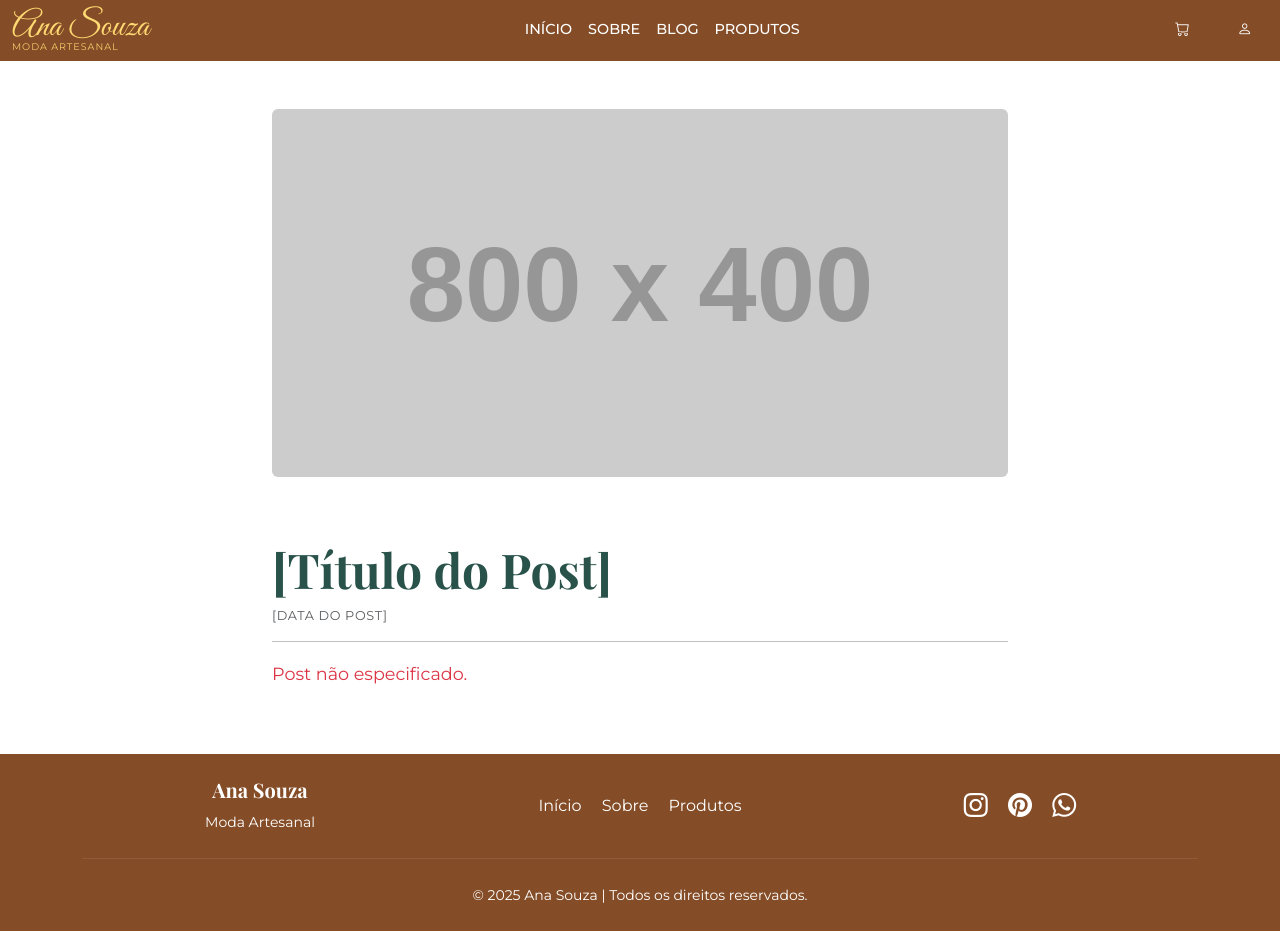
Repository: Lucascsg/projeto-anasouza-frontend
Page: post.html
An editor plug-in stored every save of this project. The page is shown before and after the next save, followed by the edit.
The browser window is 1280 px wide. The pictures show the whole page.

Above is the page before, as saved 2025-10-22 11:19:03.

### post.html
<!DOCTYPE html>
<html lang="pt-br">
<head>
    <meta charset="UTF-8">
    <meta name="viewport" content="width=device-width, initial-scale=1.0">
    <title>Blog - Ana Souza</title>

    <link href="https://cdn.jsdelivr.net/npm/bootstrap@5.3.2/dist/css/bootstrap.min.css" rel="stylesheet">
    <link rel="stylesheet" href="css/style.css">
    <link rel="stylesheet" href="https://cdn.jsdelivr.net/npm/bootstrap-icons@1.11.1/font/bootstrap-icons.css">
    <link rel="preconnect" href="https://fonts.googleapis.com">
    <link rel="preconnect" href="https://fonts.gstatic.com" crossorigin>
    <link href="https://fonts.googleapis.com/css2?family=Montserrat:wght@400;500;600&family=Playfair+Display:wght@700&family=Great+Vibes&display=swap" rel="stylesheet">
</head>
<body class="bg-white-page">

    <header>
        <nav class="navbar navbar-expand-lg navbar-dark navbar-custom">
            <div class="container-fluid">
                <a class="navbar-brand logo-text" href="index.html">
                    <div>Ana Souza</div>
                    <small class="logo-subtitle">MODA ARTESANAL</small>
                </a>
                <button class="navbar-toggler" type="button" data-bs-toggle="collapse" data-bs-target="#navbarNav" aria-controls="navbarNav" aria-expanded="false" aria-label="Toggle navigation">
                    <span class="navbar-toggler-icon"></span>
                </button>
                <div class="collapse navbar-collapse" id="navbarNav">
                    <ul class="navbar-nav mx-auto">
                        <li class="nav-item"><a class="nav-link" href="index.html">Início</a></li>
                        <li class="nav-item"><a class="nav-link" href="index.html#sobre">Sobre</a></li>
                        <li class="nav-item"><a class="nav-link active" href="blog.html">Blog</a></li>
                        <li class="nav-item"><a class="nav-link" href="produtos.html">Produtos</a></li>
                    </ul>
                    <div class="navbar-icons d-flex">
                        <a href="carrinho.html" class="nav-link position-relative">
                            <i class="bi bi-cart"></i>
                            <span class="badge rounded-pill bg-danger position-absolute top-0 start-100 translate-middle" id="contador-carrinho" style="display: none;">0</span>
                        </a>
                        <a href="login.html" class="nav-link ms-3"><i class="bi bi-person"></i></a>
                    </div>
                </div>
            </div>
        </nav>
    </header>

    <main class="container my-5">
        <div class="row justify-content-center">
            <div class="col-lg-8">
                <img src="https://via.placeholder.com/800x400" id="post-imagem" class="img-fluid rounded mb-4" alt="Imagem de destaque do post">
                <h1 class="display-5 fw-bold" id="post-titulo">[Título do Post]</h1>
                <p class="text-muted" id="post-data">[Data do Post]</p>
                <hr>
                <div id="post-conteudo">
                    <p>Carregando conteúdo do post...</p>
                </div>
            </div>
        </div>
    </main>

    <footer class="py-4 footer-custom">
        <div class="container text-center text-white">
            <div class="row align-items-center">
                <div class="col-md-4 mb-3 mb-md-0">
                    <h5 class="text-white">Ana Souza</h5>
                    <small>Moda Artesanal</small>
                </div>
                <div class="col-md-4 mb-3 mb-md-0">
                    <ul class="list-inline mb-0">
                        <li class="list-inline-item mx-2"><a href="index.html" class="text-white">Início</a></li>
                        <li class="list-inline-item mx-2"><a href="index.html#sobre" class="text-white">Sobre</a></li>
                        <li class="list-inline-item mx-2"><a href="produtos.html" class="text-white">Produtos</a></li>
                    </ul>
                </div>
                <div class="col-md-4">
                    <a href="#" class="text-white fs-4 mx-2"><i class="bi bi-instagram"></i></a>
                    <a href="#" class="text-white fs-4 mx-2"><i class="bi bi-pinterest"></i></a>
                    <a href="#" class="text-white fs-4 mx-2"><i class="bi bi-whatsapp"></i></a>
                </div>
            </div>
            <hr class="my-4" style="border-color: rgba(255, 255, 255, 0.3);">
            <small>&copy; 2025 Ana Souza | Todos os direitos reservados.</small>
        </div>
    </footer>

    <script src="https://cdn.jsdelivr.net/npm/bootstrap@5.3.2/dist/js/bootstrap.bundle.min.js"></script>
    <script src="js/post.js"></script>
</body>
</html>

### css/style.css
/* =================================== */
/* VARIÁVEIS GLOBAIS E ESTILOS BASE    */
/* =================================== */
:root {
    /* Sua paleta de cores (mantive suas últimas alterações) */
    --cor-base-escura: #854D27;
    --cor-acao-vibrante: #854D27;
    --cor-detalhe-quente: #29524A;
    --cor-texto-escuro: #06070E;

    /* Cores Neutras e de Fundo */
    --cor-fundo-claro: #F8F5F2;
    --cor-texto-claro: #FFFFFF;
}

body {
    font-family: 'Montserrat', sans-serif;
    background-color: #B16262;
    color: var(--cor-texto-escuro);
}

/* Estilo para páginas com fundo branco específico */
body.bg-white-page {
    background-color: #FFFFFF;
}

h1, h2, h3, h4, h5, h6 {
    font-family: 'Playfair Display', serif;
    color: var(--cor-detalhe-quente);
}

/* =================================== */
/* ESTILOS DA BARRA DE NAVEGAÇÃO       */
/* =================================== */
.navbar-custom {
    background-color: var(--cor-base-escura);
}
/* ... (O resto dos estilos da navbar e do logo permanecem como você enviou) ... */
.navbar-brand.logo-text {
    display: flex;
    flex-direction: column;
    justify-content: center;
    padding: 0;
    position: relative;
    top: 2px;
}
.navbar-brand div {
    font-family: 'Great Vibes', cursive;
    font-size: 2.2rem;
    color: #FFD972 !important;
    line-height: 1;
    font-weight: normal;
}
.navbar-brand .logo-subtitle {
    font-family: 'Montserrat', sans-serif;
    font-size: 0.6rem;
    text-transform: uppercase;
    letter-spacing: 0.1em;
    display: block;
    opacity: 0.9;
    color: #FFD972;
    margin-top: -5px;
}
/* ... (outros estilos da navbar que você enviou) ... */
.navbar-custom .navbar-brand img {
    height: 40px;
}
.navbar-custom .nav-link {
    color: var(--cor-texto-claro);
    font-weight: 500;
    text-transform: uppercase;
    font-size: 0.9rem;
    padding: 0.5rem 1rem;
    transition: opacity 0.3s;
}
.navbar-custom .nav-link:hover {
    opacity: 0.8;
}
.navbar-icons a {
    color: var(--cor-texto-claro);
    font-size: 1.2rem;
    transition: opacity 0.3s;
}
.navbar-icons a:hover {
    opacity: 0.8;
}


/* =================================== */
/* ESTILOS DA SEÇÃO HERO (IMAGEM)      */
/* =================================== */
#hero {
    position: relative;
    height: 90vh;
    width: 100%;
    display: flex;
    align-items: center;
    justify-content: center;

    /* --- ATUALIZAÇÃO PARA IMAGEM DE FUNDO --- */
    background: url('../imagens/hero-background.jpg') no-repeat center center/cover;
}

#hero::after {
    content: '';
    position: absolute;
    top: 0;
    left: 0;
    width: 100%;
    height: 100%;
    background: rgba(0, 0, 0, 0.6);
    z-index: 1;
}

#hero .hero-content {
    position: relative;
    z-index: 2;
}

#hero .hero-content h1 {
    font-weight: 700;
    color: var(--cor-texto-claro);
}

#hero .hero-content .btn {
    border-radius: 50px;
    padding: 12px 30px;
    font-weight: 600;
}


/* ... (O resto do seu CSS continua exatamente como você enviou) ... */

/* =================================== */
/* ESTILOS GERAIS DAS SEÇÕES           */
/* =================================== */
section h2 {
    color: var(--cor-detalhe-quente);
    margin-bottom: 1rem;
}

/* =================================== */
/* ESTILOS DA SEÇÃO DE PRODUTOS        */
/* =================================== */
.product-card {
    border: none;
    border-radius: 15px;
    box-shadow: 0 4px 15px rgba(0, 0, 0, 0.08);
    transition: all 0.3s ease-in-out;
}
.product-card:hover {
    transform: translateY(-8px);
    box-shadow: 0 8px 25px rgba(0, 0, 0, 0.12);
}
.product-card .card-title {
    color: var(--cor-texto-escuro);
    font-weight: 600;
}
.product-card .btn {
    border-radius: 50px;
    padding: 8px 25px;
    font-weight: 500;
    border-color: var(--cor-base-escura);
    color: var(--cor-base-escura);
}
.product-card .btn:hover {
    background-color: var(--cor-base-escura);
    color: white;
}

/* =================================== */
/* ESTILOS DA SEÇÃO DE BLOG            */
/* =================================== */
.btn-custom-primary {
    background-color: var(--cor-acao-vibrante);
    color: white;
    border: none;
    border-radius: 50px;
    padding: 10px 30px;
    font-weight: 600;
    transition: all 0.3s;
}
.btn-custom-primary:hover {
    background-color: var(--cor-acao-vibrante);
    color: white;
    opacity: 0.9;
    transform: translateY(-2px);
}
#blog img {
    border-radius: 15px;
}

/* =================================== */
/* ESTILOS DO RODAPÉ (FOOTER)          */
/* =================================== */
.footer-custom {
    background-color: var(--cor-base-escura);
}
.footer-custom a {
    text-decoration: none;
    transition: opacity 0.3s;
}
.footer-custom a:hover {
    opacity: 0.8;
}

/* =================================== */
/* ESTILO DE SEÇÃO EM FORMATO DE CARD  */
/* =================================== */

.section-card {
    background-color: #c3c3c3; /* Fundo branco para o card */
    padding: 3rem 2rem;        /* Espaçamento interno generoso */
    border-radius: 20px;       /* As pontas curvadas que você pediu */
    box-shadow: 0 10px 30px rgba(0, 0, 0, 0.07); /* Sombra sutil para "flutuar" */
}

/* =================================== */
/* Estilos da Página de Produto        */
/* =================================== */

.product-price {
    color: var(--cor-detalhe-quente); /* Usando o verde/marrom dos títulos */
    font-weight: 600;
}

/* =================================== */
/* Estilos da Personalização de Cor    */
/* =================================== */

.seletor-cor {
    width: 32px;
    height: 32px;
    border-radius: 50%; /* Deixa o elemento redondo */
    border: 2px solid #eee;
    cursor: pointer;
    margin-right: 10px;
    margin-bottom: 10px;
    transition: transform 0.2s ease-in-out;
    background-size: cover;
    background-position: center;
}

.seletor-cor:hover {
    transform: scale(1.1); /* Efeito de zoom no hover */
}

/* Estilo para o seletor de cor que está ativo/selecionado */
.seletor-cor.active {
    border-color: var(--cor-base-escura); /* Usa a cor da navbar para destacar */
    box-shadow: 0 0 8px rgba(0, 0, 0, 0.3);
}

/* ============================================= */
/* REFINAMENTO DA PÁGINA DE POST (LEIA MAIS)     */
/* ============================================= */

/* 1. Controlando o tamanho da imagem de destaque */
#post-imagem {
    max-height: 450px; /* Define uma altura máxima para a imagem */
    width: 100%;
    object-fit: cover;   /* Garante que a imagem cubra o espaço sem distorcer */
    border-radius: 15px; /* Bordas mais suaves, combinando com o resto do site */
}

/* 2. Ajustando o Título e a Data */
#post-titulo {
    margin-top: 2.5rem; /* Adiciona mais espaço acima do título */
}

#post-data {
    font-size: 0.8rem;
    text-transform: uppercase;
    letter-spacing: 0.05em; /* Espaçamento entre as letras para um look mais "design" */
}

/* 3. Melhorando a legibilidade do texto do artigo */
#post-conteudo p {
    font-size: 1.1rem;      /* Aumenta um pouco o tamanho da fonte para leitura */
    line-height: 1.8;       /* Aumenta o espaçamento entre as linhas, essencial para textos longos */
    color: #343a40;         /* Um cinza mais escuro para melhor contraste e conforto visual */
}

/* Estilo para os cards de resumo na página de agradecimento */
.summary-item-card {
    background-color: #c3c3c3 !important; /* O cinza que você usou nos section-cards */
    border: none;
    color: var(--cor-texto-escuro); /* Garante que o texto dentro seja escuro */
}

/* =================================== */
/* Estilos para Formulários de Login/Cadastro */
/* =================================== */
.form-container {
    padding: 2rem;
}

@media (min-width: 768px) {
    .form-container {
        padding: 3rem;
    }
}

/* Links personalizados para autenticação */
.link-custom-secondary {
    color: var(--cor-base-escura); /* Usa sua cor base escura */
    text-decoration: underline;
}
.link-custom-secondary:hover {
    color: var(--cor-principal-hover); /* Muda para o hover da cor principal */
    text-decoration: none;
}

### js/post.js
document.addEventListener('DOMContentLoaded', function() {
    const urlParams = new URLSearchParams(window.location.search);
    const postId = urlParams.get('id');

    // Sempre atualiza o contador do carrinho, em qualquer página
    atualizarContadorCarrinho();

    if (postId) {
        carregarPostCompleto(postId);
    } else {
        // Se não houver ID na URL, exibe erro
        const postContent = document.getElementById('post-conteudo');
        if(postContent) postContent.innerHTML = '<p class="text-danger">Post não especificado.</p>';
    }
});

async function carregarPostCompleto(id) {
    try {
        const response = await fetch('blog.json');
        const posts = await response.json();
        const post = posts.find(p => p.id == id);

        if (post) {
            exibirPost(post);
        } else {
            const postContent = document.getElementById('post-conteudo');
            if(postContent) postContent.innerHTML = '<p class="text-danger">Post não encontrado.</p>';
        }
    } catch (error) {
        console.error('Erro ao carregar o post:', error);
    }
}

function exibirPost(post) {
    document.title = post.titulo + " - Ana Souza";

    document.getElementById('post-imagem').src = post.imagem;
    document.getElementById('post-imagem').alt = post.titulo;
    document.getElementById('post-titulo').textContent = post.titulo;
    document.getElementById('post-data').textContent = post.data;

    // Usamos innerHTML aqui para que as tags <p> do nosso JSON sejam renderizadas como HTML
    document.getElementById('post-conteudo').innerHTML = post.conteudo;
}

// Função para manter o contador do carrinho atualizado
function atualizarContadorCarrinho() {
    let carrinho = JSON.parse(localStorage.getItem('carrinho')) || [];
    const totalItens = carrinho.reduce((total, item) => total + item.quantidade, 0);
    const contadorElemento = document.getElementById('contador-carrinho');

    if (contadorElemento) {
        if (totalItens > 0) {
            contadorElemento.textContent = totalItens;
            contadorElemento.style.display = 'inline';
        } else {
            contadorElemento.style.display = 'none';
        }
    }
}

After the next save:
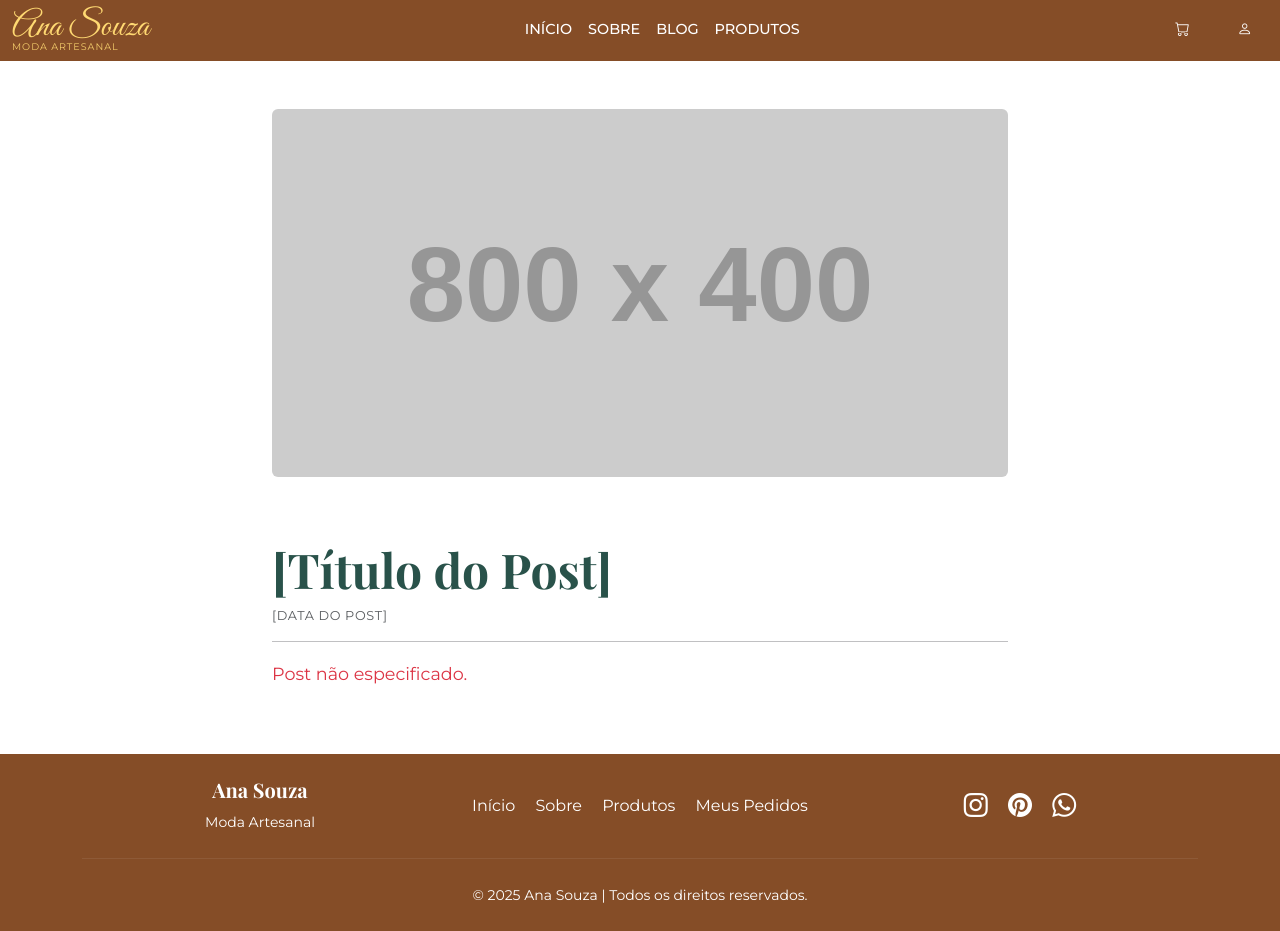
Saved 10 s later.
--- a/post.html
+++ b/post.html
@@ -69,6 +69,7 @@
                         <li class="list-inline-item mx-2"><a href="index.html" class="text-white">Início</a></li>
                         <li class="list-inline-item mx-2"><a href="index.html#sobre" class="text-white">Sobre</a></li>
                         <li class="list-inline-item mx-2"><a href="produtos.html" class="text-white">Produtos</a></li>
+                        <li class="list-inline-item mx-2"><a href="historico.html" class="text-white">Meus Pedidos</a></li>
                     </ul>
                 </div>
                 <div class="col-md-4">
